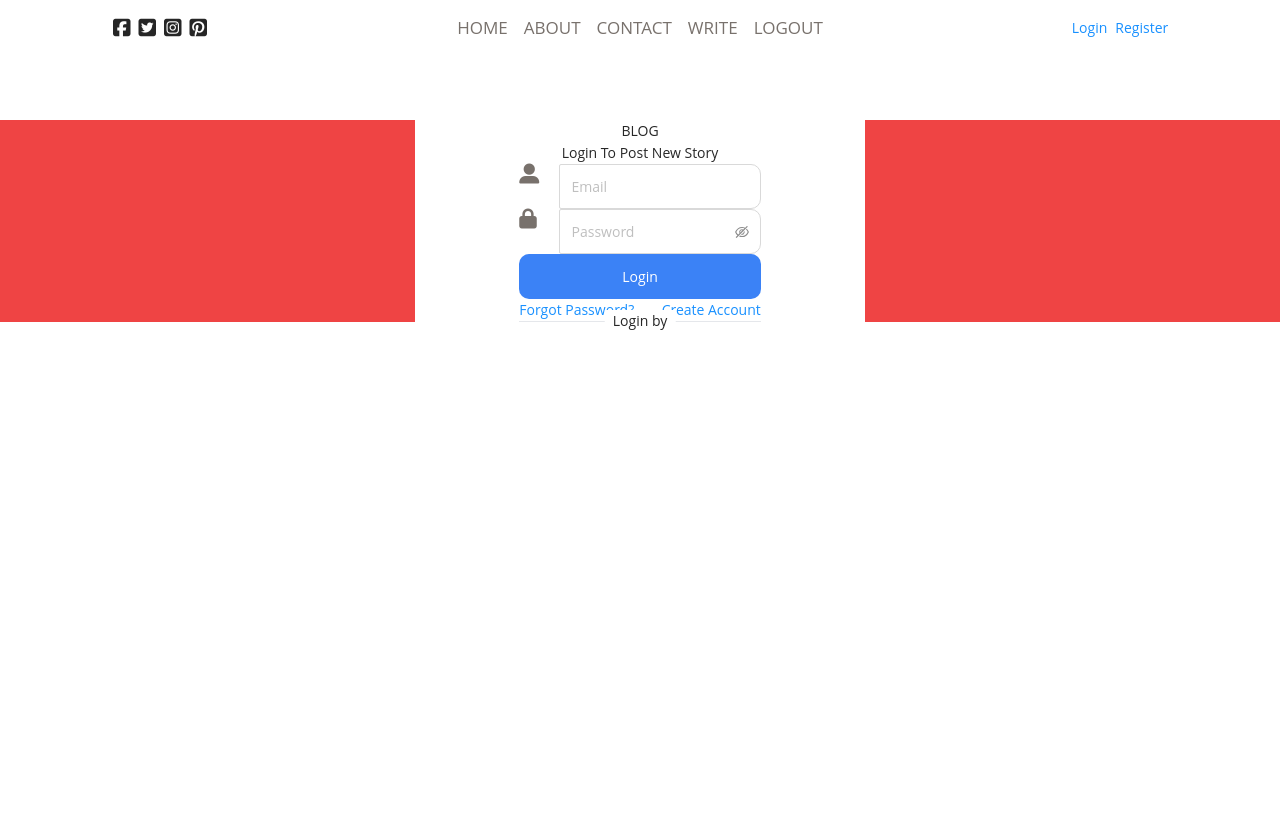
Repository: truongnguyenuit/Blog_App_ver2
Page: /login (app in client/)
The author's editor kept a copy of each file at every save. The page is drawn from the files as they stood at one save, then again after a run of saves.
The browser window is 1280 px wide. The pictures show the whole page.
Some web libraries are served in a nearby version. The project was rebuilt for these pictures with package versions that can differ from the ones it lists, and the page was loaded fresh each time. Also part of the build but not shown: client/src/components/AboutComponent.js, client/src/pages/HomePage.js, client/src/pages/RegisterPage.js.

Above is the page before, as saved 2022-07-18 11:39:14.

### client/public/index.html
<!DOCTYPE html>
<html lang="en">
  <head>

    <meta charset="utf-8" />
    <meta name="viewport" content="width=device-width, initial-scale=1" />
    <meta
      name="description"
      content="Web site created using create-react-app"
    />
    <style>
      *{
        font-family: 'Open Sans', sans-serif;
        margin: 0;
      }
    </style>
    <script src="https://kit.fontawesome.com/cd2089affa.js" crossorigin="anonymous"></script>
    <title>Blog App</title>

  </head>
  <body>

    <noscript>You need to enable JavaScript to run this app.</noscript>
    <div id="root"></div>

  </body>
</html>

### client/src/index.js
import React from 'react';
import ReactDOM from 'react-dom/client';
import './index.css';
import App from './App';
import 'antd/dist/antd.min.css'


const root = ReactDOM.createRoot(document.getElementById('root'));
root.render(
  <React.StrictMode>
    <App />
  </React.StrictMode>
);

### client/src/App.js
import { BrowserRouter, Route, Routes } from "react-router-dom";
import { configRouter } from './router/configRouter';
import NavbarComponent from './components/NavbarComponent';
function App() {
  return (
    <div>
      <BrowserRouter>
        <div className="fixed top-0 left-0 right-0 z-10">
          <NavbarComponent />
        </div>
        <div className="mt-[50px]"></div>
        <Routes>
          {configRouter.map((item, index) => {
            return (
              <Route
                key={index}
                path={item.path}
                element={item.page}
              />
            );
          })}

        </Routes>

      </BrowserRouter>
    </div>
  );
}

export default App;

### client/src/router/configRouter.js
import HomePage from "../pages/HomePage";
import LoginPage from "../pages/LoginPage";
import RegisterPage from "../pages/RegisterPage";
import { pathName } from "./pathName";

export const configRouter=[
  {
    path: pathName.home,
    page: <HomePage/>,
  },
  {
    path: pathName.login,
    page: <LoginPage/>,
  },
  {
    path: pathName.register,
    page: <RegisterPage/>
  }
]

### client/src/components/NavbarComponent.js
import React from 'react'
import { Link } from "react-router-dom";
import { Row, Col } from "antd"
import { pathName } from '../router/pathName';

const NavigateRouter = [
  {
    path: "",
    name: "HOME",
  },
  {
    path: "",
    name: "ABOUT",
  },
  {
    path: "",
    name: "CONTACT",
  },
  {
    path: "",
    name: "WRITE",
  },
  {
    path: "",
    name: "LOGOUT",
  },
];

const NavbarComponent = () => {
  return (
    <div className="bg-white">
      <Row >

        <Col span={6} className="h-14">
          <div className="flex justify-center items-center text-[20px] gap-2 h-14">
            <i className="fa-brands fa-facebook-square cursor-pointer"></i>
            <i className="fa-brands fa-twitter-square cursor-pointer"></i>
            <i className="fa-brands fa-instagram-square cursor-pointer"></i>
            <i className="fa-brands fa-pinterest-square cursor-pointer"></i>
          </div>
        </Col>

        <Col span={12} className="h-14">
          <nav>
            <ul className="flex justify-center items-center text-[17px] gap-4 h-14">
              {NavigateRouter.map((item, index) => {
                return (
                  <li key={index}>
                    <Link to={item.path} className="text-stone-500 hover:text-stone-400">
                      {item.name}
                    </Link>
                  </li>
                );

              })}
            </ul>
          </nav>
        </Col>

        <Col span={6} className="h-14">
          <div className="flex justify-center items-center gap-2 h-14">
            <Link to={pathName.login}>
              Login
            </Link>
            <Link to={pathName.register}>
              Register
            </Link>
          </div>
        </Col>

      </Row>
    </div>
  )
}

export default NavbarComponent

### client/src/pages/LoginPage.js
import React from 'react'
import { Button, Input, Row, Col } from "antd";
import { pathName } from "../router/pathName";
import { Link, useNavigate } from "react-router-dom";
const LoginPage = () => {
  return (
    <div className='bg-red-500  mt-[120px] flex justify-center'>
      <div className="bg-white w-[450px] flex flex-col items-center">
        <span>
          BLOG
        </span>
        <span className="s">
          Login To Post New Story
        </span>
        <form onSubmit={''}>
          <Row>
            <Col span={4}>
              <i className="fa-solid fa-user-large text-[20px] text-stone-500"></i>

            </Col>
            <Col span={20}>
              <Input
                placeholder="Email"
                style={{
                  height: 45,
                  borderTopRightRadius: 10,
                  borderBottomRightRadius: 10,
                }}
              />
            </Col>
          </Row>
          <Row>
            <Col span={4}>
              <i className="fa-solid fa-lock text-[20px] text-stone-500"></i>
            </Col>
            <Col span={20}>
              <Input.Password
                placeholder="Password"
                visibilityToggle={true}
                style={{
                  height: 45,
                  borderTopRightRadius: 10,
                  borderBottomRightRadius: 10,
                }}
              />
            </Col>
          </Row>
          <Row>
            <Col span={24}>
              <button
                type="submit"
                className="bg-blue-500 w-full h-[45px] text-white rounded-[10px]"
              >
                Login
              </button>
            </Col>
          </Row>
          <Row>
            <Col span={24}>
              <div className="w-full flex justify-between">
                <Link to={''}>Forgot Password?</Link>
                <Link to={pathName.register}>Create Account</Link>
              </div>
            </Col>
          </Row>
          <Row>
              <Col span={24}>
                <div className="w-full h-[1px] p-0 bg-gray-200 relative">
                  <p className="absolute top-0 left-[50%] translate-x-[-50%] translate-y-[-50%] px-2 bg-white">
                    Login by
                  </p>
                </div>
              </Col>
            </Row>
        </form>
      </div>

    </div>
  )
}

export default LoginPage

### client/src/router/pathName.js
export const pathName = {
  home: "/",

  login: "/login",
  register: "/register",

}

### client/tailwind.config.js
/** @type {import('tailwindcss').Config} */
module.exports = {
  content: ["./src/**/*.{html,js,jsx,ts}"],
  theme: {
    extend: {},
  },
  plugins: [],
}

Loaded but not shown: client/src/index.css (common file)

After the next 2 saves:
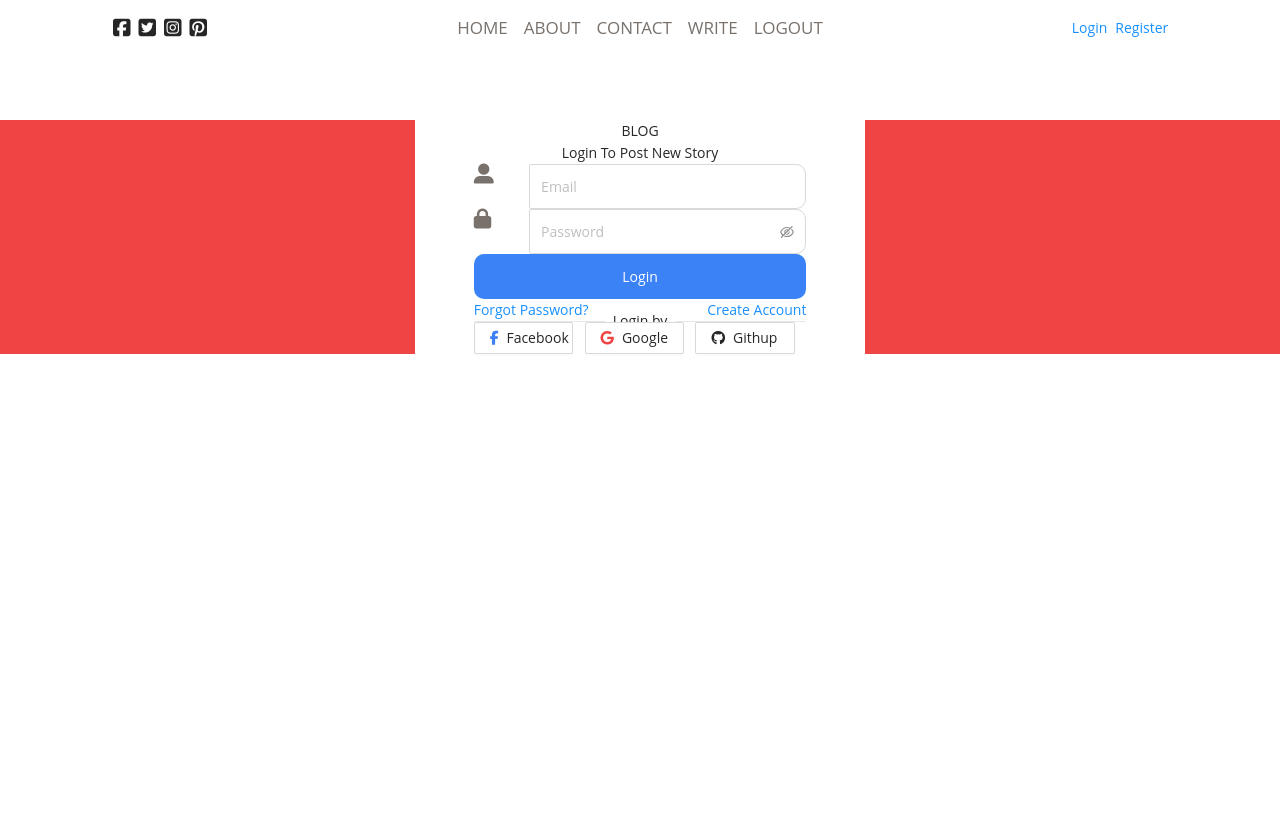
The 2 saves are shown as one change because they came seconds apart.
The last was saved 23 s later.
--- a/client/src/pages/LoginPage.js
+++ b/client/src/pages/LoginPage.js
@@ -72,6 +72,26 @@ const LoginPage = () => {
                 </div>
               </Col>
             </Row>
+            <Row>
+              <Col span={8}>
+                <Button style={{ width: "90%" }}>
+                  <i className="fa-brands fa-facebook-f text-blue-500"></i>
+                  <span className="px-2">Facebook</span>
+                </Button>
+              </Col>
+              <Col span={8}>
+                <Button style={{ width: "90%" }}>
+                  <i className="fa-brands fa-google text-red-500"></i>
+                  <span className="px-2">Google</span>
+                </Button>
+              </Col>
+              <Col span={8}>
+                <Button style={{ width: "90%" }}>
+                  <i className="fa-brands fa-github"></i>
+                  <span className="px-2">Githup</span>
+                </Button>
+              </Col>
+            </Row>
         </form>
       </div>
 
